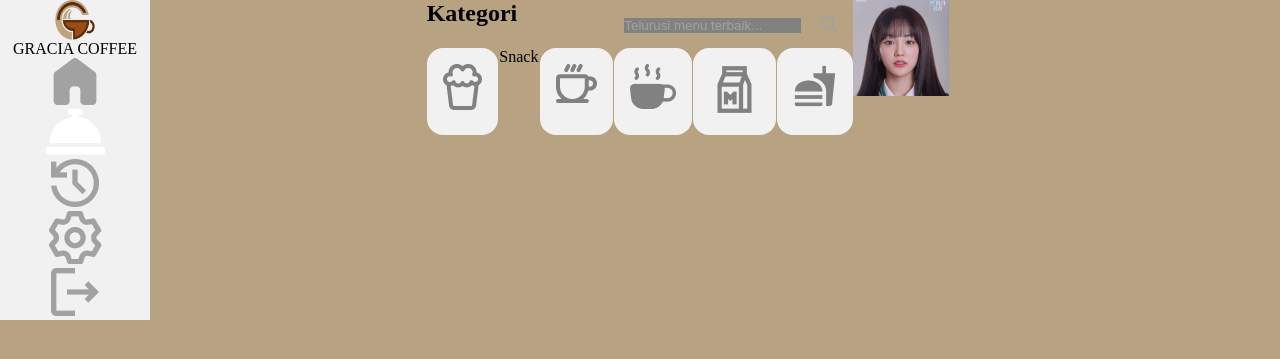
Repository: DanielChuaaa/sbd2
Page: index.html
The author's editor kept a copy of each file at every save. The page is drawn from the files as they stood at one save, then again after the next save.
The browser window is 1280 px wide. The pictures show the whole page.
Some web libraries are served in a nearby version.

Above is the page before, as saved 2023-10-20 10:36:32.

### index.html
<!DOCTYPE html>
<html lang="en">
<head>
    <meta charset="UTF-8">
    <meta name="viewport" content="width=device-width, initial-scale=1.0">
    <title>Document</title>
    <link href="https://fonts.googleapis.com/css2?family=Roboto+Mono:wght@400;600;700&display=swap" rel="stylesheet" />
    <link
      rel="stylesheet"
      href="https://cdnjs.cloudflare.com/ajax/libs/font-awesome/6.1.2/css/all.min.css"
      integrity="sha512-1sCRPdkRXhBV2PBLUdRb4tMg1w2YPf37qatUFeS7zlBy7jJI8Lf4VHwWfZZfpXtYSLy85pkm9GaYVYMfw5BC1A=="
      crossorigin="anonymous"
      referrerpolicy="no-referrer"
    />
    <link rel="stylesheet" href="style.css">
</head>
<body>
    <div class="container">
        <div class="grid-wrapper">
            <div class="icon">
                <img src="/assets/logo projek SBD 1.png" width="40px" height="40px" alt="logo">
                <p>GRACIA COFFEE</p>
                <a href="#"><img src="./assets/home.png" alt="home"></a>
                <a href="#"><img src="./assets/menu.png" alt="menu"></a>
                <a href="#"><img src="./assets/history.png" alt="history"></a>
                <a href="#"><img src="./assets/setting.png" alt="setting"></a>

                <a href="#"><img src="./assets/logout.png" alt="logout"></a>
            </div>

            <div class="content">
                <div class="nav">
                    <h2>Kategori</h2>
                    <div class="inputWrapper">
                        <input type="text" name="text" id="text" class="input" placeholder="Telurusi menu terbaik...">
                        <i class="fa-solid fa-magnifying-glass"></i>
                    </div>
                </div>

                <div class="menu">
                    <div class="iconMenu"><a href="#"><img src="./assets/popcorn.png" alt="popcorn"></a></div>
                    <p>Snack</p>
                    <div class="iconMenu"><a href="#"><img src="./assets/kopi.png" alt="kopi"></a></div>
                    <div class="iconMenu"><a href="#"><img src="./assets/teh.png" alt="teh"></a></div>
                    <div class="iconMenu"><a href="#"><img src="./assets/susu.png" alt="susu"></a></div>
                    <div class="iconMenu"><a href="#"><img src="./assets/makanan.png" alt="makanan"></a></div>
                </div>
            </div>

            <div class="order">
                <img src="/assets/g_8___8_idola_cantik_berbakat_alumni_sm_entertainment_yang_sudah_debut_di_girlgroup_agensi_lain_p_eks_sm_trainee-20220408-001-non_fotografer_kly 1.png" alt="">
            </div>
        </div>
    </div>
</body>
</html>

### style.css
:root{
    --clr-primary-100: #B7A281;

    --clr-neutral-100: #818181;
    --clr-neutral-200: #A2A2A2;
    --clr-neutral-300: #D9D9D9;
    --clr-neutral-400: #F8F8F8;
    --clr-neutral-500:  #f1f1f1;

    --ff: "Roboto Mono", monospace;

    --fw-regular: 400;
    --fw-semi-bold: 600;
    --fw-bold: 700;
}

*{
    box-sizing: border-box;
    margin: 0;
    padding: 0;
}

body{
    background-color: #B7A281;
}

.grid-wrapper{
    display: grid;
    grid-template-columns: 1fr 1fr 1fr;
}

.icon{
    background: var(--clr-neutral-500);

    display: flex;
    flex-direction: column;
    justify-content: space-evenly;
    align-items: center;
    max-width: 150px;
}

.fa-solid{
    color: var(--clr-neutral-200);
    padding: 1rem;
}


/* content */

.nav{
    display: flex;
    justify-content: space-between;
}

.input{
    background: var(--clr-neutral-100);

    border: none;

}

::placeholder{
    color: var(--clr-neutral-200);
}

.menu{
    display: flex;
    justify-content: space-around;
}

.iconMenu{
    background: var(--clr-neutral-500);

    padding: 1rem;
    border-radius: 1rem;
}

After the next save:
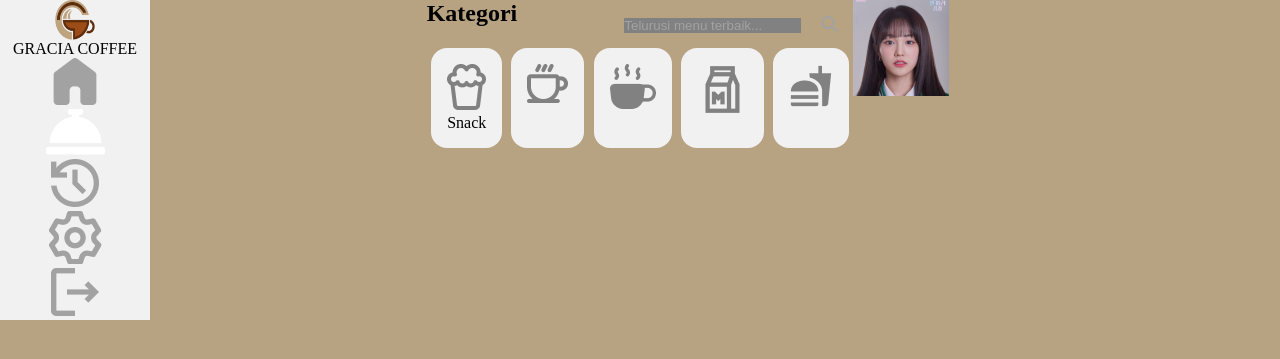
Saved 10 s later.
--- a/index.html
+++ b/index.html
@@ -38,8 +38,10 @@
                 </div>
 
                 <div class="menu">
-                    <div class="iconMenu"><a href="#"><img src="./assets/popcorn.png" alt="popcorn"></a></div>
-                    <p>Snack</p>
+                    <div class="iconMenu"><a href="#"><img src="./assets/popcorn.png" alt="popcorn"></a>
+
+                        <p>Snack</p>
+                    </div>
                     <div class="iconMenu"><a href="#"><img src="./assets/kopi.png" alt="kopi"></a></div>
                     <div class="iconMenu"><a href="#"><img src="./assets/teh.png" alt="teh"></a></div>
                     <div class="iconMenu"><a href="#"><img src="./assets/susu.png" alt="susu"></a></div>
